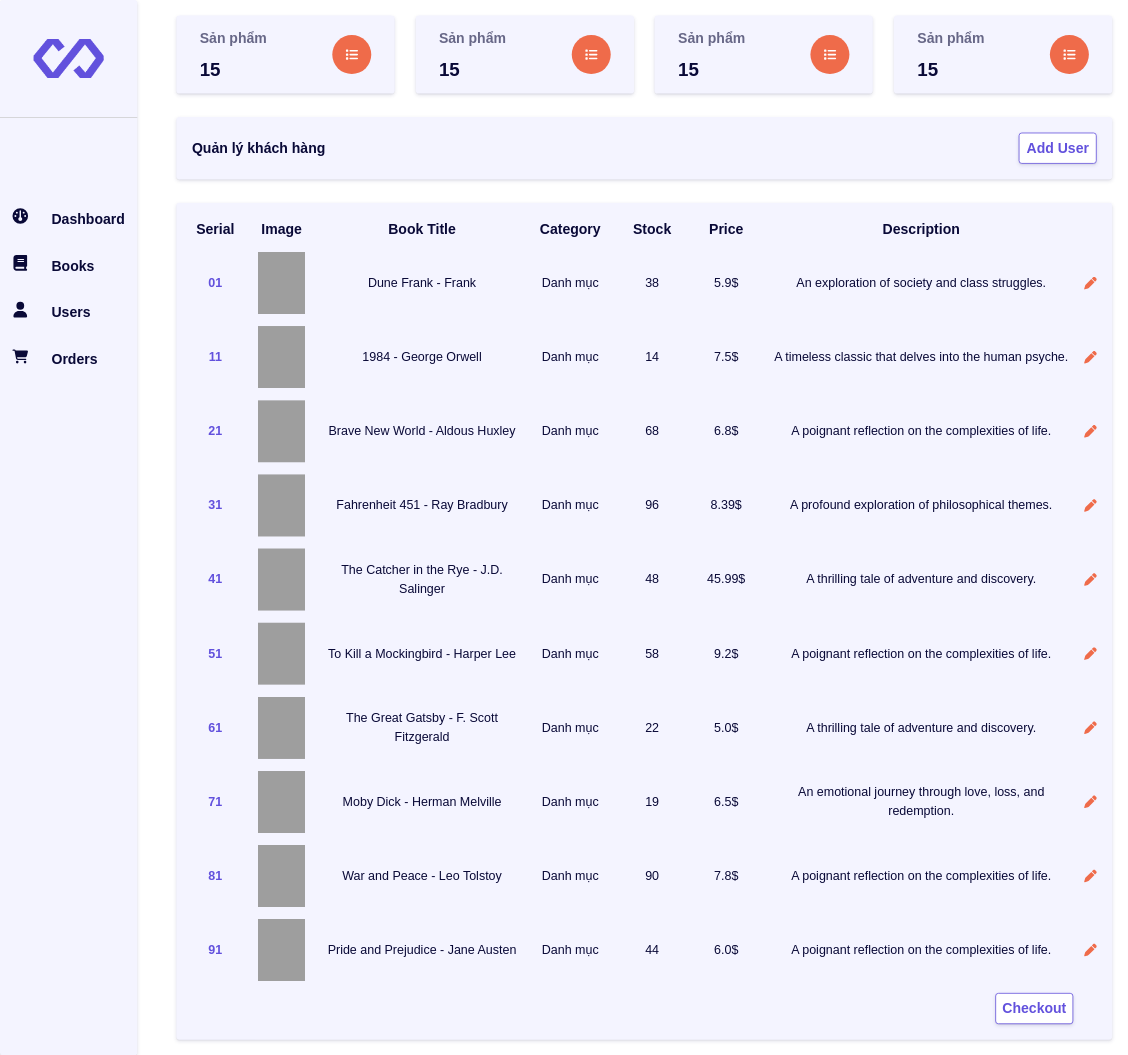
Repository: kauittt/BookStore_FE
Page: / (app in book-store/), after clicking the first element matching `svg.fa-pen`
The author's editor kept a copy of each file at every save. The page is drawn from the files as they stood at one save, then again after the next save.
The browser window is 1280 px wide. The page is 1446 px wide, so the pictures cover 1446 px, including what lies to the right of the window. The pictures show the whole page, at 78% of full size.
Pictures or frames that could not be fetched are drawn as grey boxes. The project was rebuilt for these pictures with package versions that can differ from the ones it lists, and the page was loaded fresh each time. Also part of the build but not shown: book-store/vite.config.js, book-store/src/components/elements/FormInput.jsx, book-store/src/components/login-signup/Login.jsx, book-store/src/components/book/BookItem.jsx, book-store/src/components/book/BookList.jsx, book-store/src/components/elements/BackNavigation.jsx, book-store/src/components/book/BookDetail.jsx, book-store/src/components/cart/QuantitySelector.jsx and 4 more.

Above is the page before, as saved 2024-07-20 11:45:37.

After the next save:
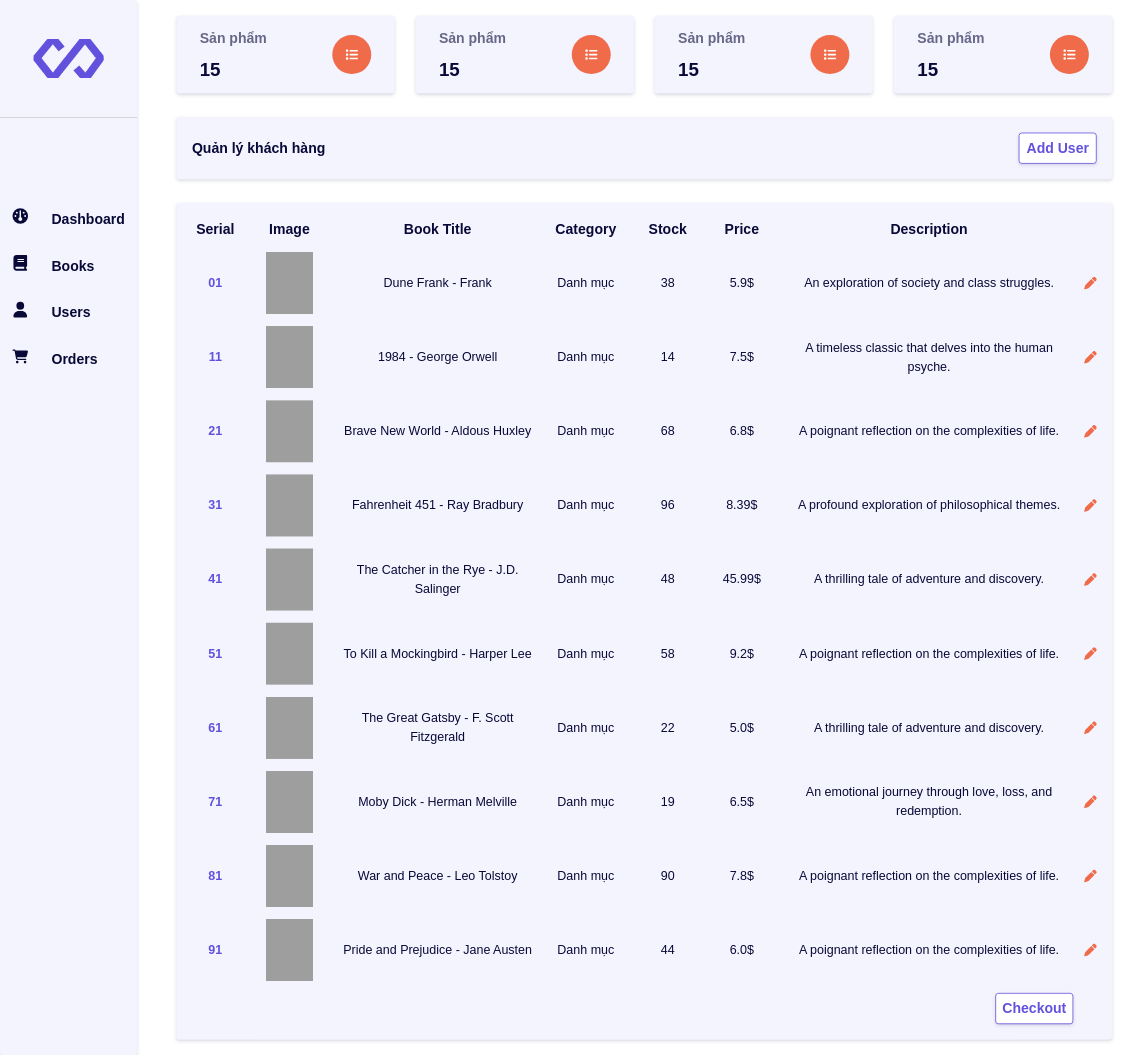
Saved 29 s later.
--- a/book-store/src/components/admin/ManageList.jsx
+++ b/book-store/src/components/admin/ManageList.jsx
@@ -27,7 +27,7 @@
             group: "Book",
             fields: [
                 { name: "Serial", style: "w-[60px] text-center" },
-                { name: "Image", style: "w-[80px] text-center" },
+                { name: "Image", style: "w-[100px] text-center" },
                 { name: "Book Title", style: "w-[250px] text-center" },
                 { name: "Category", style: "w-[100px] text-center" },
                 { name: "Stock", style: "w-[80px] text-center" },

After the save that followed:
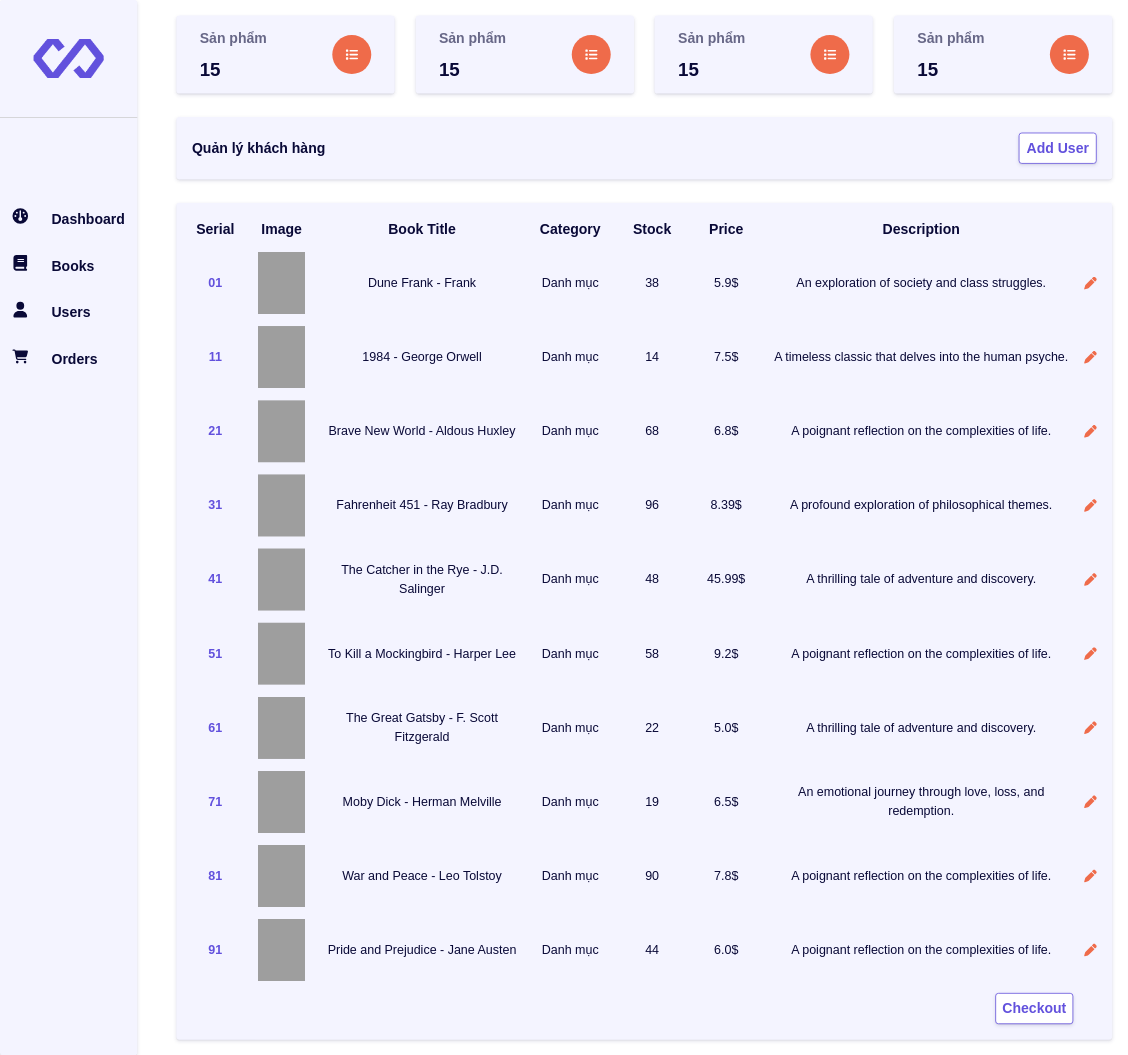
Saved 29 s later.
--- a/book-store/src/components/admin/ManageList.jsx
+++ b/book-store/src/components/admin/ManageList.jsx
@@ -27,7 +27,7 @@
             group: "Book",
             fields: [
                 { name: "Serial", style: "w-[60px] text-center" },
-                { name: "Image", style: "w-[100px] text-center" },
+                { name: "Image", style: "w-[80px] text-center" },
                 { name: "Book Title", style: "w-[250px] text-center" },
                 { name: "Category", style: "w-[100px] text-center" },
                 { name: "Stock", style: "w-[80px] text-center" },
